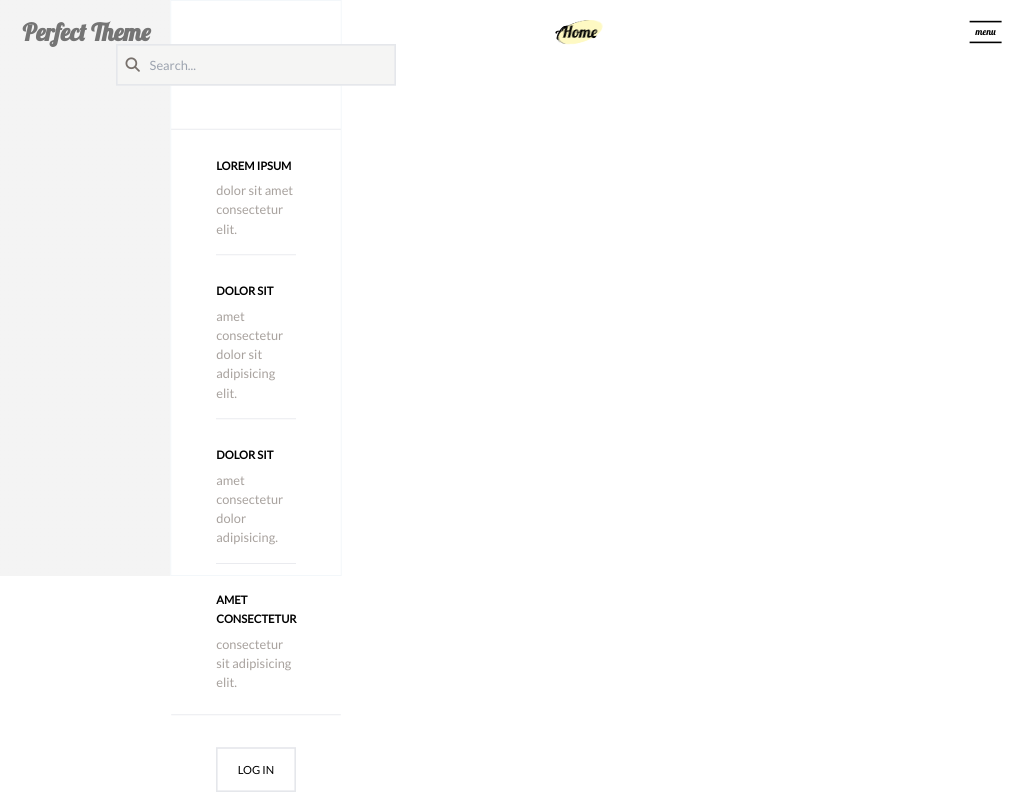
Repository: hsumyatm7308/laravel-blog
Page: blogweb/resources/views/blog/headerlayout.html
The author's editor kept a copy of each file at every save. The page is drawn from the files as they stood at one save, then again after the next save.
The browser window is 1280 px wide. The pictures show the whole page, at 80% of full size.
Some web libraries are served in a nearby version.

Above is the page before, as saved 2023-09-05 17:45:22.

After the next save:
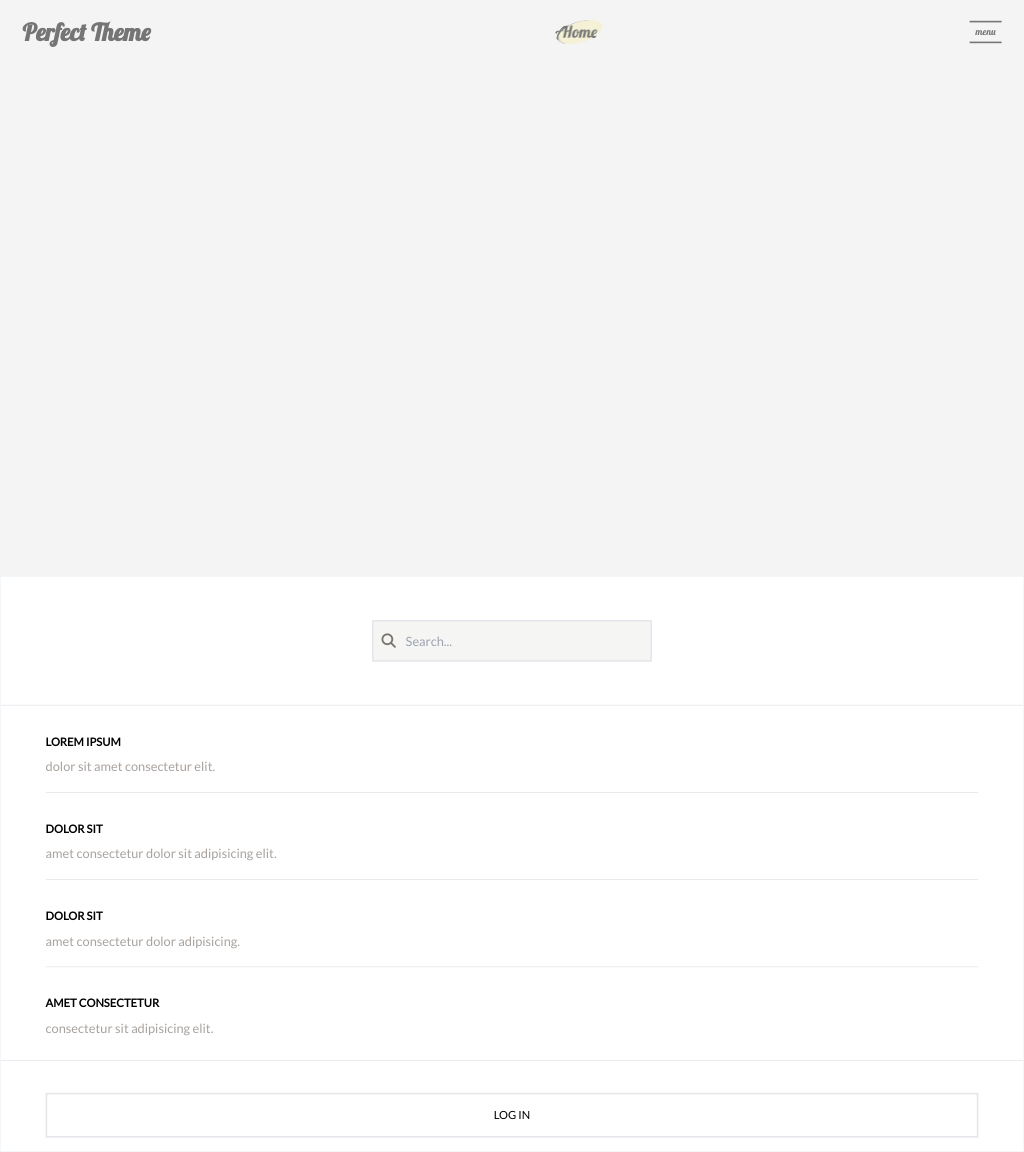
Saved 26 s later.
--- a/blogweb/resources/views/blog/headerlayout.html
+++ b/blogweb/resources/views/blog/headerlayout.html
@@ -128,7 +128,7 @@
 
 
     <div
-        class="menu-modal w-screen  h-screen absolute left-0 top-0 grid grid-cols-6">
+        class="menu-modal w-screen  h-screen absolute left-0 top-0">
         <div class="col-spans-5 h-[100vh] bg-[linear-gradient(rgba(233,233,233,.5),rgba(233,233,233,.5))] p-10">
 
         </div>
